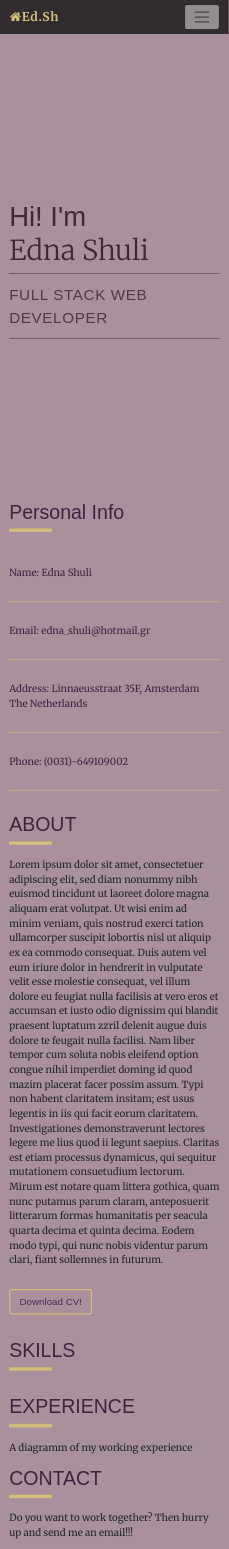
Repository: edshuli/Portfolio
Page: index.html
The author's editor kept a record of every edit. The page is drawn from the files as they stood at one moment, then again after the next edit.
The browser window is 375 px wide. The pictures show the whole page, at 61% of full size.
Some web fonts or font styles are not loaded; a fallback is used.

Above is the page before.

### index.html
<!DOCTYPE html>
<html lang="en">

<head>
    <meta charset="UTF-8">
    <meta name="viewport" content="width=device-width, initial-scale=1.0">
    <meta http-equiv="X-UA-Compatible" content="ie=edge">
    <link rel="stylesheet" href="https://stackpath.bootstrapcdn.com/bootstrap/4.3.1/css/bootstrap.min.css" type="text/css" />
    <link rel="stylesheet" href="https://stackpath.bootstrapcdn.com/font-awesome/4.7.0/css/font-awesome.min.css" type="text/css" />
    <link rel="stylesheet" href="https://cdnjs.cloudflare.com/ajax/libs/hover.css/2.3.1/css/hover-min.css" type="text/css" />
    <link rel="stylesheet" href="assets/css/style.css" type="text/css" />
    <title>Edna Shuli - Full Stack Web Developer</title>
</head>

<body>

    <div class="container-fluid navbar-menu">
        <div class="row">
            <div class="col-12">
                <!-- NAVBAR -->
                <nav class="navbar navbar-expand-sm fixed-top navbar-light ">
                    <a href="index.html" class="navbar-brand"><i class="fa fa-home" aria-hidden="true"></i>Ed.Sh</a>
                    <button class="navbar-toggler" type="button" data-toggle="collapse" data-target="#menuDropdown" aria-controls="menuDropdown" aria-expanded="false" aria-label="Toggle navigation">
           <span class="navbar-toggler-icon"></span>
       </button>

                    <div id="menuDropdown" class="navbar-collapse collapse">
                        <ul class="navbar-nav mr-auto">
                            <li><a class="nav-link text-uppercase" href="#">about</a></li>
                            <li><a class="nav-link text-uppercase" href="#">skills</a></li>
                            <li><a class="nav-link text-uppercase" href="#">work</a></li>
                            <li><a class="nav-link text-uppercase" href="#">education</a></li>
                            <li><a class="nav-link text-uppercase" href="#">contact</a></li>
                            <li><a class="nav-link text-uppercase" href="#">cv</a></li>
                        </ul>
                    </div>
            </div>
        </div>
        </nav>
    </div>
    <div class="container-fluid homepage-container ">
        <div class="row">
            <div class="col">
                <!--  <div class="opaque-overlay">&nbsp;</div> -->
                <div class="jumbotron ">
                    <h1 class="header">Hi! I'm </br><span class="name">
            Edna Shuli</span></h1>
                    <p class="title">Full Stack Web Developer</p>
                </div>
            </div>
        </div>
    </div>

    <!-- <div class="container-fluid homepage-container"> -->

    <!-- NAVBAR -->
    <!--    <nav class="navbar navbar-light navbar-fixed-top ">
            <div class="navbar-container">
                <button class="navbar-toggler" type="button" data-toggle="collapse" data-target="#menuDropdown" aria-controls="menuDropdown" aria-expanded="false" aria-label="Toggle navigation">
           <span class="navbar-toggler-icon"></span>
       </button>

                <div id="menuDropdown" class="navbar-collapse collapse">
                    <ul class="navbar-nav ">
                        <li><a href="#">home</a></li>
                        <li><a href="#">about</a></li>
                        <li><a href="#">skills</a></li>
                        <li><a href="#">experience</a></li>
                        <li><a href="#">education</a></li>
                        <li><a href="#">contact</a></li>
                        <li><a href="#">cv</a></li>
                    </ul>
                </div>
            </div>
        </nav> -->
    <!-- JUMBOTRON-->

    <!--   <div class="jumbotron jumbotron-fluid "> -->
    <!-- <div class="opaque-overlay">&nbsp;</div> -->
    <!--       <h1 class="header text-uppercase">Hi! I'm </br><span class="name">
            Edna Shuli</span></h1>
            <h2 class="title">Full Stack Web Developer</h2>
        </div>
    </div>
-->




    <!-- ABOUT ME -->
    <section class="aboutme">
        <div class="container aboutme-container">
            <div class="row">
                <div class="col-md-6">
                    <div class="personal-info">
                        <h2 class="uppercase">Personal Info</h2>
                        <hr class="title-divider">
                        <ul>
                            <li>Name: Edna Shuli</li>
                            <li>Email: <a href="mailto:edna_shhuli@hotmail.gr">edna_shuli@hotmail.gr</a></li>
                            <li>Address: Linnaeusstraat 35F, Amsterdam The Netherlands</li>
                            <li>Phone: (0031)-649109002</li>
                        </ul>
                    </div>
                </div>
                <div class="col-md-6">
                    <h2 class="text-uppercase">About</h2>
                    <hr class="title-divider">
                    <div class="aboutmeitem">
                        <p>Lorem ipsum dolor sit amet, consectetuer adipiscing elit, sed diam nonummy nibh euismod tincidunt ut laoreet dolore magna aliquam erat volutpat. Ut wisi enim ad minim veniam, quis nostrud exerci tation ullamcorper suscipit lobortis
                            nisl ut aliquip ex ea commodo consequat. Duis autem vel eum iriure dolor in hendrerit in vulputate velit esse molestie consequat, vel illum dolore eu feugiat nulla facilisis at vero eros et accumsan et iusto odio dignissim
                            qui blandit praesent luptatum zzril delenit augue duis dolore te feugait nulla facilisi. Nam liber tempor cum soluta nobis eleifend option congue nihil imperdiet doming id quod mazim placerat facer possim assum. Typi non habent
                            claritatem insitam; est usus legentis in iis qui facit eorum claritatem. Investigationes demonstraverunt lectores legere me lius quod ii legunt saepius. Claritas est etiam processus dynamicus, qui sequitur mutationem consuetudium
                            lectorum. Mirum est notare quam littera gothica, quam nunc putamus parum claram, anteposuerit litterarum formas humanitatis per seacula quarta decima et quinta decima. Eodem modo typi, qui nunc nobis videntur parum clari, fiant
                            sollemnes in futurum.</p>
                    </div>
                    <button class="btn">Download CV!</button>
                </div>
            </div>
        </div>
    </section>



    <!-- Skills -->
    <div class="container skills-container">
        <div class="row">
            <div class="col">
                <section class="skills">
                    <h2 class="text-uppercase">Skills</h2>
                    <hr class="title-divider">
                    <div class="skillsitem">

                    </div>
                </section>
            </div>
        </div>
    </div>



    <!-- Experience -->
    <div class="container experience-container">
        <section class="experience">
            <h2 class="text-uppercase">Experience</h2>
            <hr class="title-divider">
            <div class="work-history">
                <p>A diagramm of my working experience</p>
            </div>
        </section>
    </div>




    <!-- Contact -->
    <div class="container contact-container">
        <section class="contact">
            <h2 class="text-uppercase">Contact</h2>
            <hr class="title-divider">
            <div class="contact-info">
                <p>Do you want to work together? Then hurry up and send me an email!!!</p>
            </div>
        </section>
    </div>


    <!-- Download
        <section class="downloadcv">
           <button class="btn">Download CV!</button
        </section>
       -->
    <footer>

    </footer>

    <script src="https://code.jquery.com/jquery-3.3.1.slim.min.js" integrity="sha384-q8i/X+965DzO0rT7abK41JStQIAqVgRVzpbzo5smXKp4YfRvH+8abtTE1Pi6jizo" crossorigin="anonymous"></script>
    <script src="https://cdnjs.cloudflare.com/ajax/libs/popper.js/1.14.7/umd/popper.min.js" integrity="sha384-UO2eT0CpHqdSJQ6hJty5KVphtPhzWj9WO1clHTMGa3JDZwrnQq4sF86dIHNDz0W1" crossorigin="anonymous"></script>
    <script src="https://stackpath.bootstrapcdn.com/bootstrap/4.3.1/js/bootstrap.min.js" integrity="sha384-JjSmVgyd0p3pXB1rRibZUAYoIIy6OrQ6VrjIEaFf/nJGzIxFDsf4x0xIM+B07jRM" crossorigin="anonymous"></script>
</body>


</html>

### assets/css/style.css
@import url('https://fonts.googleapis.com/css?family=Merriweather:100,200,300,400,500,600,700|Playfair+Display:100,200,300,400,500,600,700|Nanum+Gothic:100,200,300,400');

body {
    font-family: "Merriweather", sans-serif;
    background-color: #a9909d;
    width:100%;
}


/* ------------------------Button/Download--------------------*/

.btn {
    font: 16px "Playfair", sans-serif;
    color: #472e5a;
    margin: 20px 0px;
    padding: 10px 15px;
    border: 2px solid #d1be7b;
    display: inline-block;
}

/*---------------------HOMEPAGE/JUMBOTRON--------------------*/

.homepage-container {
    height: 100vh;
    background: url(../images/logo1.jpg) no-repeat center center fixed;
    -webkit-background-size: cover;
    -moz-background-size: cover;
    -o-background-size: cover;
    background-size: cover;

    display: flex;
    align-items: center;
    justify-content: center;
}



/*------------------------Jumbotron ---------------------*/

.jumbotron {
    background-color: transparent;
    margin-bottom: 0px;
    padding: 150px 700px 50px 0;
}

.header {
    color: #3e2832;
    font-size: 45px;
    font-weight: 300;
    margin-bottom: 10px;
}


.header {
    font-family: "Playfair", sans-serif;
}

span {
    font-family: "Merriweather", sans-serif;
}

.title {
    font-family: "Playfair", sans-serif;
    border-bottom-width: 1px;
    border-bottom-style: solid;
    border-bottom-color: #4f3943;
    border-top-width: 1px;
    border-top-style: solid;
    border-top-color: #4f3943;
    color: #4f3943;
    font-size: 25px;
    font-weight: 300;
    text-transform: uppercase;
    letter-spacing: 1px;
    padding: 15px 0;
}


/*---------------------------------Navbar ------------*/

.navbar {
    background-color: rgba(0, 0, 0, 0.7);
    overflow: hidden;
    position: fixed;

}

.navbar-menu {
    padding-left: 0;
    padding-right: 0;

}

.navbar-light .navbar-brand {
    letter-spacing: 1px;
    color: #d1be7b;
    font-size: 20px;
    font-weight: bold;

}

.navbar .navbar-nav a {
    font-weight: bold;
    color: #d1be7b;
    letter-spacing: 1px;
    text-decoration: none;
}

.navbar-light .navbar-nav .nav-link {
    color: #d1be7b;
}

.fa-home {
    color: #d1be7b;
}



/*-----------For mobile ------------*/

.navbar-collapse {
    text-align: right;
    display: block;
}

.navbar-toggler {
    line-height: 1;
    background-color: #f8f9fa7a;
    border: 1px solid #fafaf8;
    border-radius: .25rem;
}

/*----------------------------TITLES/HEADERS----------------------------*/

h2 {
    font-family: "Nanum+Gothic", sans-serif;
    color: #3f2440;
    background-color: transparent;
    margin-top:20px;
}

.title-divider{
    width: 70px;
    height: 5px;
    background-color: #d1be7b;
    margin: 0 0 20px 0;
}

/*--------------------------ABOUT ME-------------------*/

a{
    text-decoration: none;
    color:#3f2440;
}

ul{
    padding:0;
}

.personal-info ul li {
    border-bottom: 1px solid #d1be7b;
    padding: 35px 0;
    list-style:none;
    color:#3f2440;

}

.aboutme-container {}

.skills-container {}

.experience-container {}


.contact-container {}


/*------------------ MEDIA QUERRIES--------------*/

@media (max-width: 576px) {
    .homepage-container {
        background-attachment: scroll;
        background-image: none;
    }

   .container-fluid{
       font-size:10px;
   }

   .jumbotron {
    background-color: transparent;
    margin-bottom: 0px;
    padding: 150px 0px 50px 0;
}

}

@media (min-width: 576px) and (max-width:768px){
    .homepage-container {
        background-attachment: scroll;
        background-image:none;
    }

    .jumbotron {
    background-color: transparent;
    margin-bottom: 0px;
    padding: 150px 0px 50px 0;
}
/*
@media (min-width:768px){
    .jumbotron{
        padding-top:48px;
        padding-bottom:48px;
    }
}

*/

/*
.logo{
    background: url(../images/logo.jpg);
    background-position: center;
    background-repeat: no-repeat;
    background-size: cover;
    height: 300px;
    width: 200px;
}
.menucontainer{
  height: 100%;
  width: 200px;
  position: fixed;
  z-index: 1;
  top: 0;
  left: 0;
  background-color:rgba(105,52,102,1.3);
  overflow-x: hidden;
  padding-top: 250px;

}

.menuitem {
  padding: 6px 6px 6px 10px;
  text-decoration: none;
  font-size: 14px;
  color: #e5c54b;
  display: block;
  text-transform: uppercase;
}


*/

After the next edit:
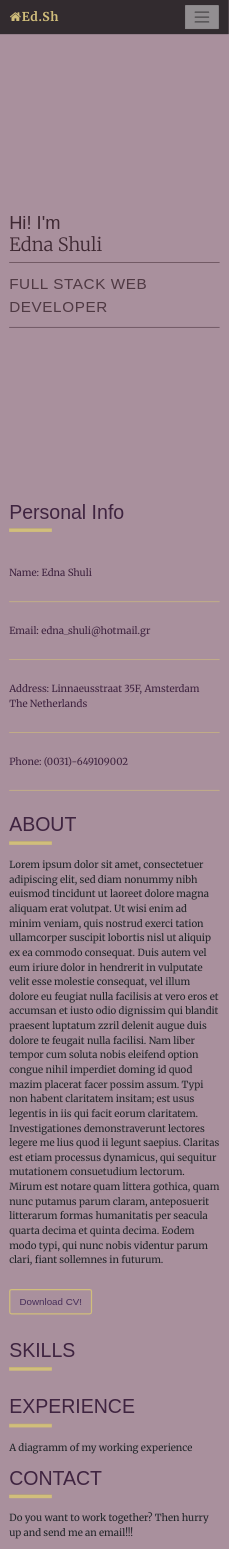
The edit:
--- a/assets/css/style.css
+++ b/assets/css/style.css
@@ -192,7 +192,17 @@
     margin-bottom: 0px;
     padding: 150px 0px 50px 0;
 }
-
+  .navbar-toggler {
+    line-height: 1;
+    background-color: #f8f9fa7a;
+    border: 1px solid #fafaf8;
+    border-radius: 0.1rem;
+  }
+
+  .header {
+    font-size: 30px;
+    font-weight: 300;
+}
 }
 
 @media (min-width: 576px) and (max-width:768px){
